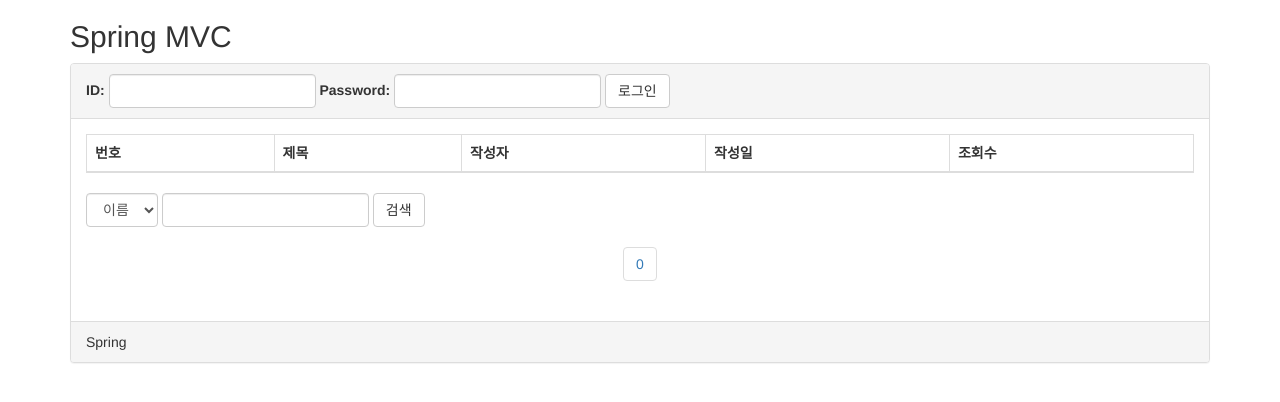
Repository: minhyeong0/Java_Study_SpringMVC03
Page: http://localhost/SpringMVC13/WEB-INF/views/board/list.jsp
An editor plug-in stored every save of this project. The page is shown before and after the next save, followed by the edit.
The browser window is 1280 px wide. The pictures show the whole page.
The page is served by Tomcat 9. Nobody is signed in. Other server files are loaded and not shown. The template is opened directly, without the code that normally fills it, so the values that code supplies are empty.

Above is the page before, as saved 2023-12-22 07:08:42.

### SpringMVC13/src/main/webapp/WEB-INF/views/board/list.jsp
<%@ page language="java" contentType="text/html; charset=UTF-8"
    pageEncoding="UTF-8"%>
<%@ taglib prefix="c" uri="http://java.sun.com/jsp/jstl/core" %>
<%@ taglib prefix="fn" uri="http://java.sun.com/jsp/jstl/functions" %>
<%@ taglib prefix="fmt" uri="http://java.sun.com/jsp/jstl/fmt" %>
<c:set var="cpath" value="${pageContext.request.contextPath}"/>
<!DOCTYPE html>
<html lang="en">
<head>
  <title>Spring</title>
  <meta charset="utf-8">
  <meta name="viewport" content="width=device-width, initial-scale=1">
  <link rel="stylesheet" href="https://maxcdn.bootstrapcdn.com/bootstrap/3.4.1/css/bootstrap.min.css">
  <script src="https://ajax.googleapis.com/ajax/libs/jquery/3.6.0/jquery.min.js"></script>
  <script src="https://maxcdn.bootstrapcdn.com/bootstrap/3.4.1/js/bootstrap.min.js"></script>
  <script type="text/javascript">
  	$(document).ready(()=>{
  		let result = '${result}';
  		checkModal(result);

  		$('#regBtn').click(()=>{
  			location.href = '${cpath}/board/register';
  		});

  		let pageFrm = $('#pageFrm');
  		//페이지 번호 클릭시 이동하기
  		$('.paginate_button a').on('click', function(e) {
  			e.preventDefault(); //a 태그 기능 막음
  			let page = $(this).attr('href');
  			pageFrm.find('#page').val(page);
  			pageFrm.submit();
  		});

  		//상세보기 클릭시 이동
  		$('.move').on('click', function(e) {
  			e.preventDefault(); //a 태그 기능 막음
  			let idx = $(this).attr('href');
  			let tag = "<input type='hidden' name='idx' value = '"+idx+"'>";
  			pageFrm.append(tag);
  			pageFrm.attr('action', '${cpath}/board/get');
  			pageFrm.submit();
  		});

  	});

  	let checkModal = (result)=>{
  		if(result == '') return;
  		if(parseInt(result) > 0){
  			$('.modal-body').html('게시글' + parseInt(result) + '번이 등록되었습니다.');
  		}
			$('#myModal').modal('show');
  	}

  	function goMsg(){
  		alert("삭제된 게시물입니다.");
  	}
  </script>
</head>
<body>
	<div class="container">
	<h2>Spring MVC</h2>
	  <div class="panel panel-default">
	    <div class="panel-heading">
		    <c:if test="${empty mvo}">
					<form class="form-inline" action="${cpath}/login/loginProcess" method="post">
					  <div class="form-group">
					    <label for="memID">ID:</label>
					    <input type="text" class="form-control" name="memID">
					  </div>
					  <div class="form-group">
					    <label for="memPwd">Password:</label>
					    <input type="password" class="form-control" name="memPwd">
					  </div>
					  <button type="submit" class="btn btn-default">로그인</button>
					</form>
				</c:if>
				<c:if test="${!empty mvo}">
					<form class="form-inline" action="${cpath}/login/logoutProcess" method="post">
					  <div class="form-group">
					    <label>${mvo.memName}님 방문을 환영합니다.</label>
					  </div>
					  <button type="submit" class="btn btn-default">로그아웃</button>
					</form>
				</c:if>
	    </div>
	    <div class="panel-body">
	    	<table class="table table-bordered table-hover">
	    		<thead>
	    			<tr>
	    				<th>번호</th>
	    				<th>제목</th>
	    				<th>작성자</th>
	    				<th>작성일</th>
	    				<th>조회수</th>
	    			</tr>
	    		</thead>
	    		<c:forEach var="vo" items="${list}">
	    			<tr>
	    				<td>${vo.idx}</td>
	    				<td>
		    				<c:if test="${vo.boardLevel > 0}">
		    					<c:forEach begin="1" end="${vo.boardLevel}">
		    						<span style="padding-left: 10px"></span>
		    					</c:forEach>
		    				</c:if>
		    				<c:if test="${vo.boardLevel > 0}">
		    					<c:if test="${vo.boardAvailable == 1}">
		    						<a class="move" href="${vo.idx}"><c:out value="[RE]${vo.title}"/></a>
		    					</c:if>
		    					<c:if test="${vo.boardAvailable == 0}">
		    						<a href="javascript:goMsg()">[RE]삭제된 게시물입니다.</a>
		    					</c:if>
		    				</c:if>
		    				<c:if test="${vo.boardLevel == 0}">
		    					<c:if test="${vo.boardAvailable == 1}">
		    						<a class="move" href="${vo.idx}"><c:out value="${vo.title}"/></a>
		    					</c:if>
		    					<c:if test="${vo.boardAvailable == 0}">
		    						<a href="javascript:goMsg()">삭제된 게시물입니다.</a>
		    					</c:if>
		    				</c:if>
    					</td>
	    				<td>${vo.writer}</td>
	    				<td><fmt:formatDate pattern="yyyy-MM-dd" value="${vo.indate}" /></td>
	    				<td>${vo.count}</td>
	    			</tr>
    			</c:forEach>
    			<c:if test="${!empty mvo}">
	    			<tr>
	    				<td colspan="5">
	    					<button id="regBtn" class="btn btn-sm btn-primary pull-right">글쓰기</button>
	    				</td>
	    			</tr>
    			</c:if>
	    	</table>

	    	<!-- 검색 메뉴 START -->
	    	<div style="">
		    	<form class="form-inline" action="/action_page.php">
					  <div class="form-group">
					    <select name="type" class="form-control">
					    	<option value="writer">이름</option>
					    	<option value="title">제목</option>
					    	<option value="content">내용</option>
					    </select>
					  </div>
					  <div class="form-group">
					    <input type="text" class="form-control" name="keyword">
					  </div>
					  <button type="submit" class="btn btn-default">검색</button>
					</form>
				</div>
	    	<!-- 검색 메뉴 END -->

	    	<!-- Paging START -->
	    	<div class="text-center">
		    	<ul class="pagination justify-content-center">
			    	<!-- 이전 처리 -->
			    	<c:if test="${pageMaker.prev}">
			    		<li class="paginate_button previous">
			    			<a href="${pageMaker.startPage - 1}">◀</a>
			    		</li>
			    	</c:if>

			    	<!-- 페이지 번호 처리 -->
			    	<c:forEach var="pageNum" begin="${pageMaker.startPage}" end="${pageMaker.endPage}">
						  	<li class="paginate_button ${pageMaker.cri.page == pageNum ? 'active' : ''}">
						  		<a href="${pageNum}">${pageNum}</a>
					  		</li>
					  </c:forEach>

			    	<!-- 다음 처리 -->
			    	<c:if test="${pageMaker.next}">
			    		<li class="paginate_button next">
			    			<a href="${pageMaker.endPage + 1}">▶</a>
			    		</li>
			    	</c:if>
	    		</ul>
	    	</div>
	    	<!-- Paging END -->

	    	<form id="pageFrm" action="${cpath}/board/list" method="get">
	    		<input type="hidden" id="page" name="page" value="${pageMaker.cri.page}">
	    		<input type="hidden" name="perPageNum" value="${pageMaker.cri.perPageNum}">
	    	</form>

	    	<!-- Modal START -->
				<div id="myModal" class="modal fade" role="dialog">
				  <div class="modal-dialog">

				    <!-- Modal content-->
				    <div class="modal-content">
				      <div class="modal-header">
				        <button type="button" class="close" data-dismiss="modal">&times;</button>
				        <h4 class="modal-title">글등록</h4>
				      </div>
				      <div class="modal-body">
				      </div>
				      <div class="modal-footer">
				        <button type="button" class="btn btn-default" data-dismiss="modal">Close</button>
				      </div>
				    </div>
				  </div>
				</div>
	    	<!-- Modal END -->
	    </div>
	    <div class="panel-footer">Spring</div>
	  </div>
	</div>
</body>
</html>

After the next save:
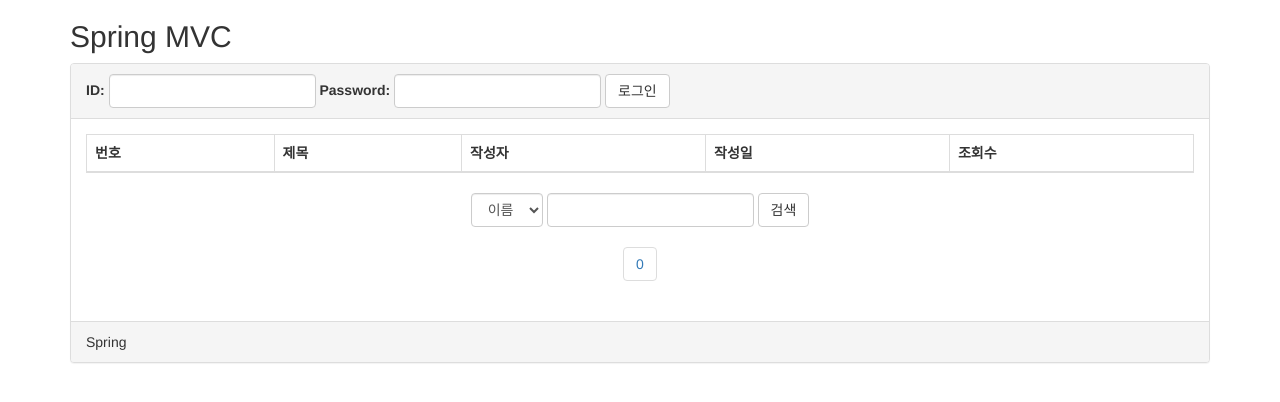
Saved 11 s later.
--- a/SpringMVC13/src/main/webapp/WEB-INF/views/board/list.jsp
+++ b/SpringMVC13/src/main/webapp/WEB-INF/views/board/list.jsp
@@ -135,7 +135,7 @@
 	    	</table>
 
 	    	<!-- 검색 메뉴 START -->
-	    	<div style="">
+	    	<div style="text-align: center;">
 		    	<form class="form-inline" action="/action_page.php">
 					  <div class="form-group">
 					    <select name="type" class="form-control">
